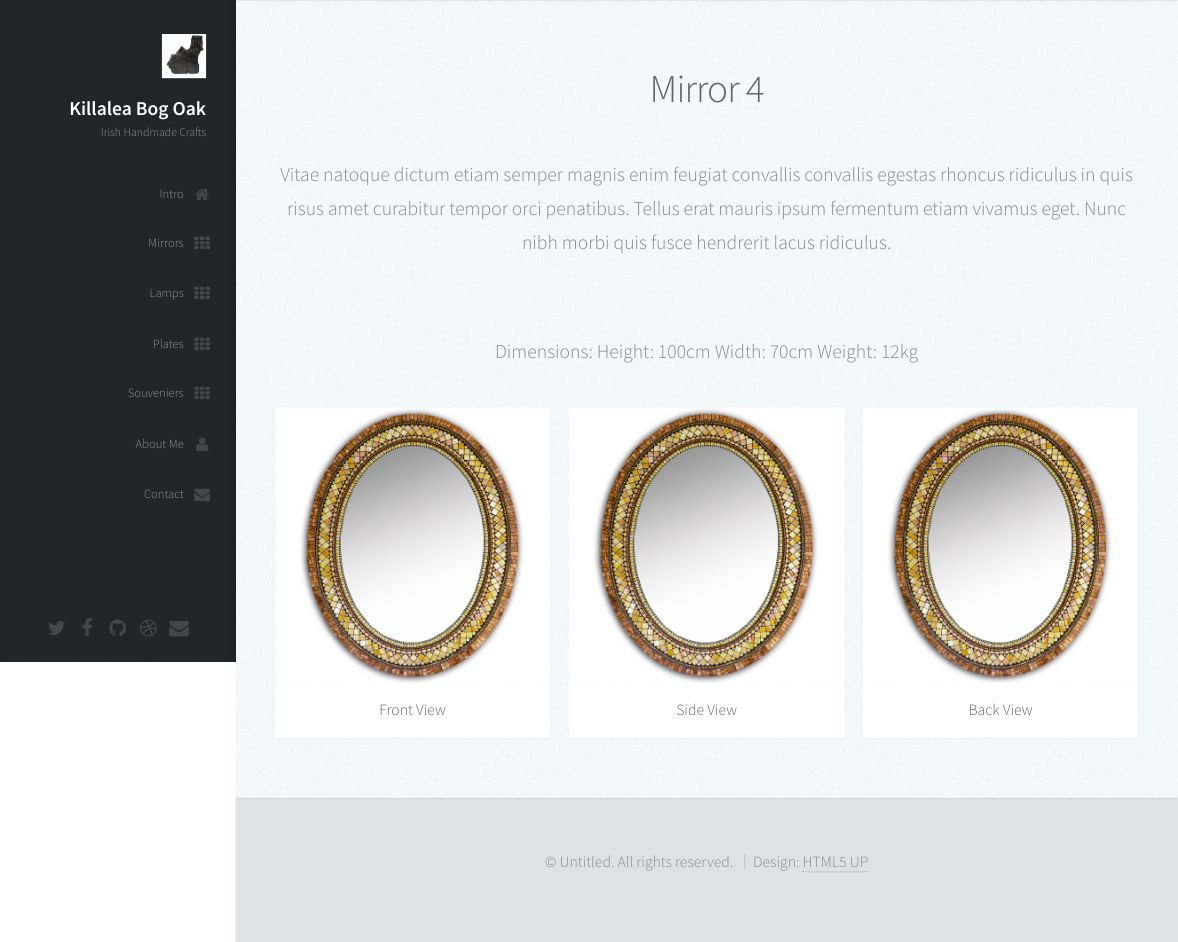
Repository: patrickkillalea/bogoak
Page: workspace/mirrors4.html
The author's editor kept a record of every edit. The page is drawn from the files as they stood at one moment, then again after the next edit.
The browser window is 1280 px wide. The pictures show the whole page, at 92% of full size.

Above is the page before.
Console error: TypeError: Cannot read properties of undefined (reading 'link')

After the next edit:
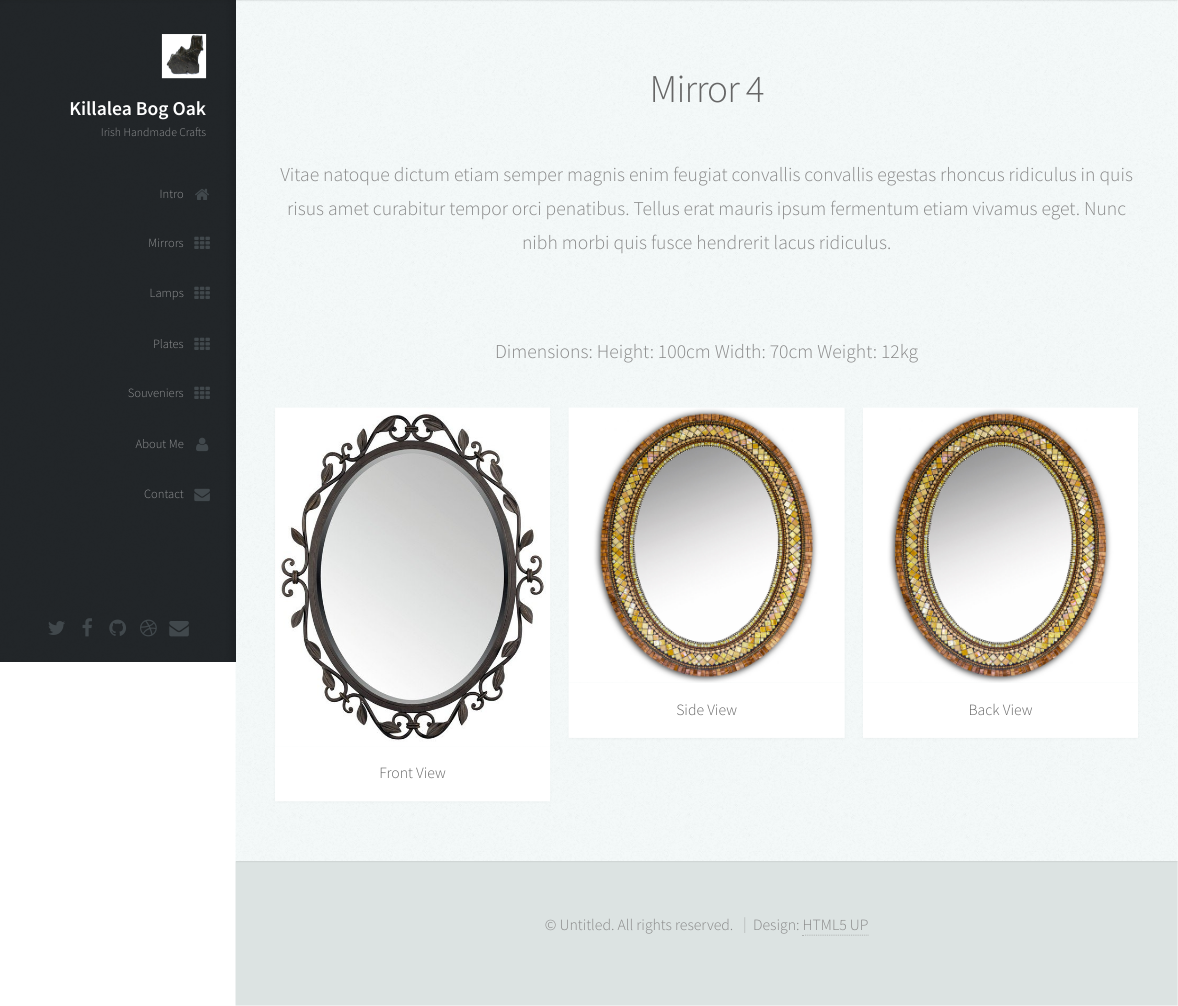
The edit:
--- a/workspace/mirrors4.html
+++ b/workspace/mirrors4.html
@@ -116,7 +116,7 @@
 					<div class="4u">
 						<article class="item">
 							<a href="#" class="image fit">
-								<img src="images_mirror/3.jpg" alt="" />
+								<img src="images_mirror/4.jpg" alt="" />
 							</a>
 							<header>
 								<h3>Front View</h3>
